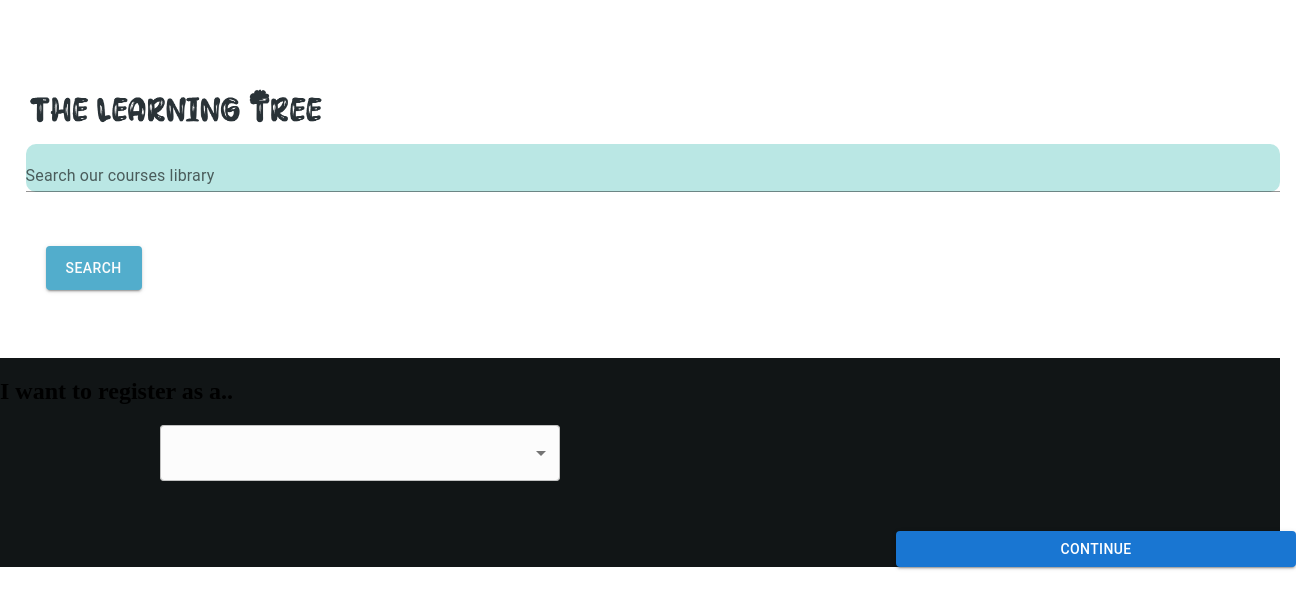
Repository: alafty/ACML-Project
Page: /register (app in frontend/)
The author's editor kept a copy of each file at every save. The page is drawn from the files as they stood at one save, then again after the next save.
The browser window is 1280 px wide. The page is 1296 px wide, so the pictures cover 1296 px, including what lies to the right of the window. The pictures show the whole page.
The project was rebuilt for these pictures with package versions that can differ from the ones it lists, and the page was loaded fresh each time. Also part of the build but not shown: frontend/src/utils/authUtils.ts, frontend/src/app/UsersServices.ts, frontend/src/pages/Login/Login.tsx, frontend/src/pages/Login/ForgotPassword.tsx, frontend/src/pages/Login/ResetPassword.tsx, frontend/src/components/searchAppBar.tsx, frontend/src/components/courseCard.tsx, frontend/src/components/coursesSector.tsx and 16 more. Imported but missing from the stored project, and not drawn on this page: frontend/src/pages/Course/CourseDetails, frontend/src/pages/Legal/Legal, frontend/src/reportWebVitals.

Above is the page before, as saved 2023-01-02 12:21:49.

### frontend/src/index.js
import React from 'react';
import { createRoot } from 'react-dom/client';
import { Provider } from 'react-redux';
import { store } from './app/store';
import App from './App';
import reportWebVitals from './reportWebVitals';

const container = document.getElementById('root');
const root = createRoot(container);

root.render(
  <React.StrictMode>
    <Provider store={store}>
      <App />
    </Provider>
  </React.StrictMode>
);

// If you want to start measuring performance in your app, pass a function
// to log results (for example: reportWebVitals(console.log))
// or send to an analytics endpoint. Learn more: https://bit.ly/CRA-vitals
reportWebVitals();

### frontend/src/App.tsx
import React from "react";
import { BrowserRouter as Router, Routes, Route } from "react-router-dom";
import Register from "./pages/Register/Register";
import Login from "./pages/Login/Login";
import ForgotPassword  from './pages/Login/ForgotPassword'
import ResetPassword  from './pages/Login/ResetPassword'

import Landing from "./pages/Landing";
import IndividualTrainee from "./pages/Register/IndividualTraineeRegister";
import InstructorRegister from "./pages/Register/InstructorRegister";
import CorporateTrainee from "./pages/Register/CorporateTraineeRegister";
import CreateQuiz from "./pages/Instructor/CreateQuiz";
import InstructorDetails from "./pages/Instructor/InstructorDetails";
import Home from "./pages/Home";
import Legal from "./pages/Legal/Legal";
import LegalInstructor from "./pages/Legal/LegalInstructor";
import CourseDetails from "./pages/Course/CourseDetails";
import Rate from "./pages/Rate";
import SubtitleDetail from "./pages/Course/SubtitleDetail";
import SolveSolveEx from './pages/Course/SolveSolveEx';
import SearchedCourses from "./pages/Course/searchedCourses";

const defaultGlobalState = {
  loggedInUser: { user: String, instructor: String },
};

const globalStateContext = React.createContext(defaultGlobalState);
const dispatchStateContext = React.createContext(undefined);

const GlobalStateProvider = ({ children }) => {
  const [state, dispatch] = React.useReducer(
    (state, newValue) => ({ ...state, ...newValue }),
    defaultGlobalState
  );
  return (
    <globalStateContext.Provider value={state}>
      <dispatchStateContext.Provider value={dispatch}>
        {children}
      </dispatchStateContext.Provider>
    </globalStateContext.Provider>
  );
};

export const useGlobalState = () => [
  React.useContext(globalStateContext),
  React.useContext(dispatchStateContext),
];




function app() {

  return (
    <GlobalStateProvider>
      <Router>
        <div>
          <Routes>
            <Route path='/' element={<Landing/>} />
            <Route path="/" element={<Landing />} />
            <Route path="/register" element={<Register />} />
            <Route path="/login" element={<Login />} />
            <Route path='/rate' element={<Rate/>} />
            <Route
              path="/indivTraineeRegister"
              element={<IndividualTrainee />}
            />
            <Route
              path="/instructorRegister"
              element={<InstructorRegister />}
            />
            <Route path="/corpTraineeRegister" element={<CorporateTrainee />} />
            <Route path="/home" element={<Home />} />
            <Route path="/instructorHome" element={<InstructorDetails />} />

            <Route path="/createquiz" element={<CreateQuiz />} />
            <Route path="/course=:id" element={<CourseDetails />} />
            <Route path='/instructorHome' element={<InstructorDetails/>} />
            <Route path='/legal' element= {<Legal/>} />
            <Route path='/legalinstructor' element= {<LegalInstructor/>} />
            <Route path='/course=:id/sub=:subId' element={<SubtitleDetail />} />
            <Route path="/forgot-password" element={<ForgotPassword />} />
			      <Route path="/password-reset/:id/:token" element={<ResetPassword />} />
            <Route path='/getQuiz' element={<SolveSolveEx QuizID= {2}/>} />
            <Route path="/searchResults" element={<SearchedCourses />} />




          </Routes>
        </div>
      </Router>
    </GlobalStateProvider>

  )
}

export default app;

### frontend/src/pages/Register/Register.tsx
import React from 'react'
import Header from '../../components/header'
import '../../Styling/mainLayout.css'
import MenuItem from '@mui/material/MenuItem';
import Select, { SelectChangeEvent } from '@mui/material/Select';
import { Button } from '@mui/material';
import { Link } from 'react-router-dom';
function Register() {
  const [type, setType] = React.useState("");

  const handleChange = (event: SelectChangeEvent) => {
    setType(event.target.value as string);
  };


  return (
    <div className="container">
      <Header />
      <div className="body">
        <h2 className="title"> I want to register as a..</h2>
        <Select
          className="selector"
          value={type}
          label="Age"
          onChange={handleChange}
        >
          <MenuItem value={"/corpTraineeRegister"}>Corporate Trainee</MenuItem>
          <MenuItem value={"/indivTraineeRegister"}>
            Individual Trainee
          </MenuItem>
          <MenuItem value={"/instructorRegister"}>Instructor</MenuItem>
        </Select>
        <Link to={type} style={{ textDecoration: "none" }}>
          <Button
            variant="contained"
            id="filled-button"
            style={{ width: "400px", marginTop: "50px", marginLeft: "70vw" }}
          >
            {" "}
            Continue{" "}
          </Button>
        </Link>
      </div>

    </div>
  );
}

export default Register;

### frontend/src/components/header.tsx
import React from 'react'
import {FaSignInAlt} from 'react-icons/fa'
import { Link } from 'react-router-dom'
import { TextField } from '@mui/material'
import {Button} from '@mui/material'
import '../Styling/mainLayout.css'
import Services from '../app/CoursesServices'
import { useState } from 'react'

const Header = ()=> {
  const [searchResults,setsearchResults] = useState('');
  const handleChange = event => {

    const courses = Services.searchCourseBySubject(event.target.value);
   //console.log(courses);
  };
  const { search } = window.location;
  const query = new URLSearchParams(search).get('searchTerm');
  //const value = (document.getElementById('searchTerm') as HTMLInputElement).value
  const onClick =()=>{
    const value = (document.getElementById('searchTerm') as HTMLInputElement).value

    console.log(value)
    Services.searchCourseBySubject(value)
    //console.log(localStorage.getItem("SearchResults"))
    const array = localStorage.getItem("SearchResults")
    setsearchResults(array);
    console.log(searchResults)

  }


  return (
    <div className= "landing-header">
      <Link to={'/'}>
        <div className='logo'/>
      </Link>
      <div className='search-tab'>
        <TextField label="Search our courses library" variant="standard" className='search-bar' id='searchTerm' name="searchTerm" onChange={handleChange} />
        <Link to={'/searchResults'}>
        <Button variant="contained" id='button-search' onClick={onClick}> Search </Button>
        <div>
          <h1>{searchResults}</h1>
        </div>
        </Link>

      </div>
    </div>

  )
}

export default Header;

### frontend/src/Styling/mainLayout.css

:root {
    --primaryLight: #bae7e4;
    --primary: #4b96a9;
    --secondary: #52adcc;
    --text: #293237;
    --text-dark: #111516;
    --white: #fcfcfc;
}

html, body {
    height: 100%;
    width: 100%;
    margin: 0px;
}

.container {
    display: flex;
    flex-direction: column;
}

.logo {
    background-image: url('../assets/Logo.png');
    background-size: cover;
    width: 300px;
    height: 80px;
}

.search-bar {
    width: 100%;
    background-color: var(--primaryLight);
    border-radius: 10px;
}

.selector {
    width: 400px;
    margin-left: 160px;
    background-color: var(--white);
}

#button-search {
    margin-left: 20px;
    padding: 10px;
    padding-inline: 20px;
    color: var(--white);
    background-color: var(--secondary);
}
.landing-header {
    font-family:'Gill Sans', 'Gill Sans MT', Calibri, 'Trebuchet MS', sans-serif;
    font-size: 64px;
    padding-left: 2%;
    padding-top: 5%;
    color: var(--white);
    margin-bottom: -2%;
}

.course-details-body {
    min-height: 150vh;
    background-color: var(--text-dark);
}

.course-details-card {
    margin: 20px;
    border-radius: 20px;
    background-color: var(--text);
}


.course-details-title {
    font-family:'Gill Sans', 'Gill Sans MT', Calibri, 'Trebuchet MS', sans-serif;
    font-size: 48px;
    padding-top: 20px;
    padding-left: 20px;
    margin-bottom: -5px;
    color: var(--white);
}

.course-details-description {
    font-family:'Gill Sans', 'Gill Sans MT', Calibri, 'Trebuchet MS', sans-serif;
    font-weight: 100;
    font-size: 18px;
    padding-inline: 20px;
    color: var(--white);
}

.course-details-rating {
    font-family:'Gill Sans', 'Gill Sans MT', Calibri, 'Trebuchet MS', sans-serif;
    font-weight:600;
    font-size: 24px;
    padding-left: 20px;
    color: var(--secondary);
}

.course-details-rating-count {
    font-family:'Gill Sans', 'Gill Sans MT', Calibri, 'Trebuchet MS', sans-serif;
    font-weight:lighter;
    font-size: 20px;
    padding-left: 20px;
    color: var(--secondary);
}

.course-details-hours {
    font-family:'Gill Sans', 'Gill Sans MT', Calibri, 'Trebuchet MS', sans-serif;
    font-weight:600;
    font-size: 24px;
    padding-left: 20px;
    color: var(--secondary);
    padding-bottom: 20px;
    margin-top: 0px;
}

.course-details-instructor-info{
    margin: 20px;
    width: 28vw;
    border-radius: 20px;
    height: 55vh;
    background-color: var(--text);
}
.course-details-instructor-header{
    font-family:'Gill Sans', 'Gill Sans MT', Calibri, 'Trebuchet MS', sans-serif;
    font-size: 32px;
    font-weight: 600;
    padding-left: 20px;
    margin-top: 0;
    margin-bottom: -5px;
    color: var(--primaryLight);
}
.course-details-instructor-name{
    font-family:'Gill Sans', 'Gill Sans MT', Calibri, 'Trebuchet MS', sans-serif;
    font-size: 38px;
    padding-left: 20px;
    margin-top: -1vh;
    margin-bottom: -5px;
    color: var(--white);
}

.course-details-instructor-bio{
    font-family:'Gill Sans', 'Gill Sans MT', Calibri, 'Trebuchet MS', sans-serif;
    font-weight:100;
    font-size: 18px;
    padding-left: 20px;
    padding-right: 8%;
    color: var(--primaryLight);
}

.course-details-instructor-rating {
    font-family:'Gill Sans', 'Gill Sans MT', Calibri, 'Trebuchet MS', sans-serif;
    font-weight:600;
    font-size: 28px;
    padding-left: 20px;
    margin-top: 0px;
    color: var(--white);
}

.course-details-instructor-publishedcourses {
    font-family:'Gill Sans', 'Gill Sans MT', Calibri, 'Trebuchet MS', sans-serif;
    font-weight:600;
    font-size: 28px;
    padding-left: 20px;
    margin-top: 0px;
    color: var(--white);
}

.course-details-instructor-rating-count {
    font-family:'Times New Roman', Times, serif;
    font-weight:lighter;
    font-size: 20px;
    padding-left: 20px;
    margin-top: 0px;
    color: var(--primaryLight);
}

.course-details-price-body {
    display: flex;
    background-color: var(--white);
    flex-direction: column;
    justify-content: center;
    align-items: center;
    padding-bottom: 13px;
    height: 8.5%;
    margin: 20px;
    border-radius: 20px;
}

.course-details-price {
    font-family:'Gill Sans', 'Gill Sans MT', Calibri, 'Trebuchet MS', sans-serif;
    font-weight: 600;
    font-size: 32px;
    margin-bottom: 0%;
    color: var(--text);
}
.course-details-subtitles-card {
    width: 94%;
    align-self: end;
    margin: 20px;
    margin-bottom: 50px;
    border-radius: 20px;
    padding-bottom: 20px;
    overflow-y: scroll;
    scrollbar-width: none;
    max-height: 600px;
    background-color: var(--text);
}
.course-details-subtitle{
    padding: 20px;
    padding-top: 10px;
    margin-top: 10px;
    margin-Inline: 20px;
    height: 100px;
    border-radius: 20px;
    background-color: var(--secondary);

}
.course-details-subtitle-header{
    font-family: 'Gill Sans', 'Gill Sans MT', Calibri, 'Trebuchet MS', sans-serif;
    font-size: 24px;
    margin-top: 0px;
    font-weight: 600;
    margin-top: 10px;
}

.course-details-subtitle-description{
    font-family:'Times New Roman', Times, serif;
    font-size: 18px;
    font-weight: 400;
    margin-top: 10px;
}
.landing-tree-man{
    height: 600px;
    align-self: center;
    margin-left: 250px;
}
.landing-card {
    display: flex;
    background-color: var(--primary);
    flex-direction: row;
    width: 85vw;
    height: 50vh;
    border-radius: 20px;
    margin-left: 7.5%;
    margin-top: 5%;
    padding: 20px;
}
.landing-progress {
    margin-block: 200px;
}
.register-card {
    background-color: var(--primaryLight);
    flex-direction: 'row';
    width: 60vw;
    height: 80vh;
    border-radius: 20px;
    margin-left: 20%;
    margin-top: 5%;
}

.body {
        background-color: var(--text-dark);
        height: 100%;
        background-size: cover;
}

.landing-subtitle {
    font-family:'Gill Sans', 'Gill Sans MT', Calibri, 'Trebuchet MS', sans-serif;
    font-weight:lighter;
    font-size: 24px;
    padding-left: 2%;
    padding-top: 2%;
    color: var(--white);
}

#big-button-primary {
    padding-inline: 50px;
    padding-block: 10px;
    background-color: var(--secondary);
    margin: 2%;
    font-size: 24px;
    border-radius: 20px;
}

#big-button-primary-outlined {
    padding-inline: 50px;
    padding-block: 10px;
    border-color: var(--secondary);
    color: var(--secondary);
    margin: 20px;
    font-size: 24px;
    border-radius: 20px;
}

#big-button-secondary-outlined {
    padding-inline: 50px;
    padding-block: 10px;
    border-color: var(--text);
    color: var(--text);
    margin: 20px;
    font-size: 24px;
    border-radius: 20px;
}

.form{
    display: flex;
    flex-direction: column;
    justify-content: center;
    align-items: center;
    margin-inline: 5%;
    margin-top: 5%;
}

.legal-border{
    margin: 20px;
    padding: 20px;
    background-color: #ffffff;
    border-radius: 20px;
}

#small-button-primary{
    background-color: var(--primary);
    margin-left: 1%;
    border-radius: 10px;
}

#big-button-secondary{
    padding-inline: 50px;
    padding-block: 10px;
    background-color: var(--text);
    margin: 2%;
    font-size: 24px;
    border-radius: 20px;
}

.courses-panel-bg{
    display: flex;
    flex-direction: row;
    padding: 20px;
    border-radius: 20px;
    background-color: var(--primary);
    width: 75%;
    height: 40%;
    margin-left: 150px;
    box-shadow: rgba(100, 100, 111, 0.2) 0px 7px 29px 0px;

}

.course-sector {
    display: flex;
    flex-direction: row;
    width: 95%;
    overflow-x: scroll;
    scrollbar-width: none;
    margin-top: 50px;
    margin-inline: 30px;
    border-radius: 20px;
    padding: 20px;
    background-color: var(--white);
}

.course-card{
    display: flex;
    flex-direction: column;
    justify-content:space-between;
    padding: 10px;
    border-radius: 20px;
    background-color: var(--text);
    min-width: 400px;
    width: 400px;
    min-height: 560px;
    margin-inline: 20px;
    margin-block: 10px;
    box-shadow: rgba(100, 100, 111, 0.2) 0px 7px 29px 0px;
}

.course-card-title{
    font-weight: 700;
    padding-inline: 10px;
    font-family:'Gill Sans', 'Gill Sans MT', Calibri, 'Trebuchet MS', sans-serif;
    color: var(--white);
    margin-top: 15px;
}

.course-card-description{
    padding-inline: 10px;
    font-weight: lighter;
    max-height: fit-content;
    color: var(--secondary);
}

.course-card-price {
    padding-inline: 10px;
    font-weight: bolder;
    font-family: 'Gill Sans', 'Gill Sans MT', Calibri, 'Trebuchet MS', sans-serif;
    font-size: 32px;
    color: var(--white);
}

### frontend/src/app/CoursesServices.ts
import axios from "axios";
import qs from "qs";
import httpClient from "../utils/httpClient";

const COURSES_URL = "/courses";
export const getAllCourses = async () => {
  const response = await httpClient.get(COURSES_URL);
  console.log(JSON.stringify(response));

  if (response.data) {
    localStorage.setItem("AllCourses", JSON.stringify(response.data));
  } else {
    localStorage.setItem("AllCourses", "Nothing Found");
  }
  return response.data;
};

export const searchCourseBySubject = async (searchTerm: String) => {
  var data = qs.stringify({
    searchTerm: searchTerm,
  });
  var config = {
    method: "post",
    url: `${COURSES_URL}/search`,
    headers: {
      "Content-Type": "application/x-www-form-urlencoded",
    },
    data: data,
  };
  axios(config)
    .then(function (response) {
     // console.log(JSON.stringify(response));

      if (response.data) {
        localStorage.setItem("SearchResults", JSON.stringify(response.data));

      }else {
        localStorage.setItem(
          "SearchResults",
          `No search items found ${searchTerm}`
        );
      }
     // console.log(localStorage.getItem("SearchResults"));
      //return localStorage.getItem("SearchResults");
    })
    .catch(function (error) {
      console.log(error);
    });
    return localStorage.getItem("SearchResults");
};

const getCourseDetails = async (id: string) => {
  var data = qs.stringify({
    id: id,
  });

  const response = await httpClient.post(`${COURSES_URL}/id`, data);

  return response.data;
};
const getCourseQuizzes = async (Course: string) => {
  const Body = {
    CourseID: Course,
  };
  const data: [String] = [""];
  await axios.post("http://localhost:8000/quiz/getCourseQuizzes", Body);
  return data;
};

const updateSubtitle = async (
  courseId: string,
  subId: string,
  options: { videoId?: string; description?: string }
) => {
  var data = qs.stringify({
    id: courseId,
    Subtitle: {
      Id: subId,
      ...(options.videoId ? { VideoId: options.videoId } : {}),
      ...(options.description ? { Description: options.description } : {}),
    },
  });
  var response = await httpClient.put(`${COURSES_URL}/subtitle`, data);

  return response.data;
};

const uploadCourseVideo = async (id: string, videoId: string) => {
  var data = qs.stringify({
    id: id,
    VideoId: videoId,
  });
  var response = await httpClient.put(`${COURSES_URL}/videoId`, data);

  return response.data;
};

const addCourseDiscount = async (
  courseId: string,
  duration: Number,
  percentage: Number
) => {
  var data = qs.stringify({
    id: courseId,
    Discount: {
      Duration: duration,
      Percentage: percentage,
    },
  });

  const response = await httpClient.put(`${COURSES_URL}/discount`, data);
  return response.data;
};

export const rateCourses = async (courseID: String, rating: String) => {
  var data = qs.stringify({
  id: courseID,
  rating: rating
});
  var config = {
  method: 'post',
  url: 'http://localhost:8000/courses/rate',
  headers: {
    'Content-Type': 'application/x-www-form-urlencoded',
    'Cookie': 'userData=j%3A%7B%22Country%22%3A%22Egypt%22%7D'
  },
  data : data
};

  axios(config)
    .then(function (response) {
      console.log(JSON.stringify(response.data));
      if (response.data) {
        localStorage.setItem("rateCourse", JSON.stringify(response.data));
      } else {
        localStorage.setItem("rateCourse", "Nothing Found");
      }
    })
    .catch(function (error) {
      console.log(error);
    });
};

const Services = {
  getAllCourses,
  searchCourseBySubject,
  rateCourses,
  getCourseDetails,
  getCourseQuizzes,
  updateSubtitle,
  uploadCourseVideo,
  addCourseDiscount
};

export default Services;

### frontend/src/utils/httpClient.ts
import axios from "axios";
import { API_BASE_URL } from "../constants/app_config";

export default axios.create({
  baseURL: API_BASE_URL,
  headers: {
    "Content-Type": "application/x-www-form-urlencoded",
  },
  // withCredentials: true,
});

### frontend/src/constants/app_config.ts
const API_PORT = '8000'
const API_BASE_URL = `http://localhost:${API_PORT}`

export {API_BASE_URL}

Loaded but not shown: frontend/public/index.html (common file); frontend/src/app/store.js (common file)

After the next save:
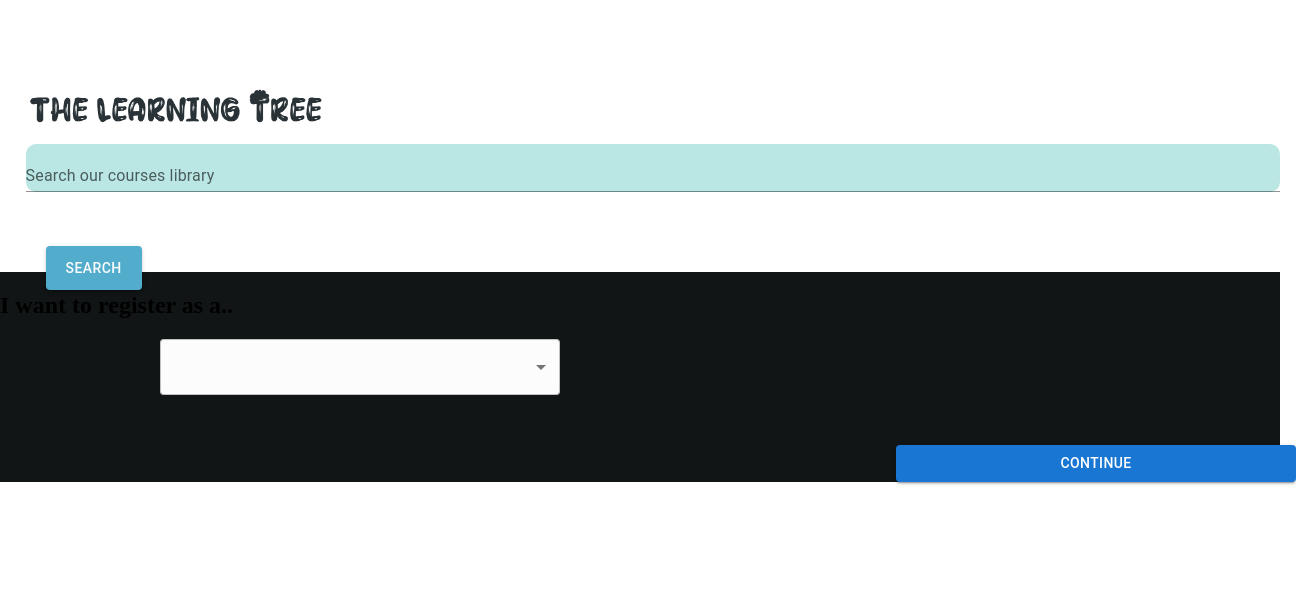
Saved 14 s later.
--- a/frontend/src/components/header.tsx
+++ b/frontend/src/components/header.tsx
@@ -39,9 +39,7 @@ const Header = ()=> {
         <TextField label="Search our courses library" variant="standard" className='search-bar' id='searchTerm' name="searchTerm" onChange={handleChange} />
         <Link to={'/searchResults'}>
         <Button variant="contained" id='button-search' onClick={onClick}> Search </Button>
-        <div>
-          <h1>{searchResults}</h1>
-        </div>
+
         </Link>
 
       </div>
